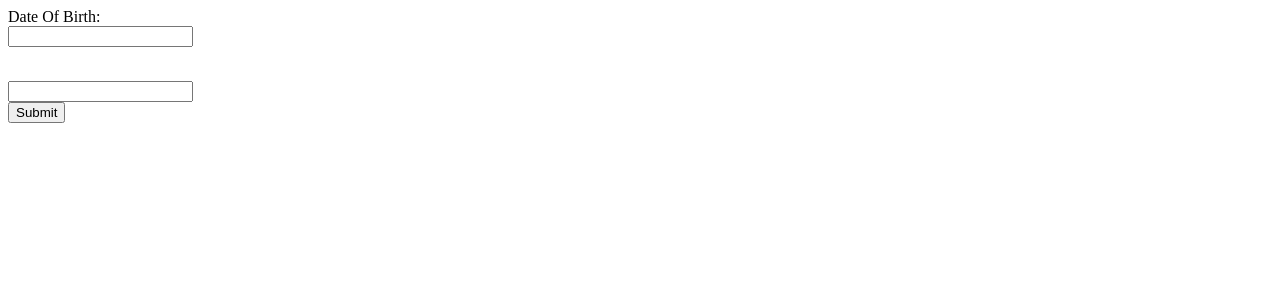
Repository: Badkul77/Nagarro_Web_App_Assignment
Page: http://localhost/our-web-app/
An editor plug-in stored every save of this project. The page is shown before and after the next save, followed by the edit.
The browser window is 1280 px wide. The pictures show the whole page.
The page is served by Tomcat 9. Other server files are loaded and not shown.

Above is the page before, as saved 2021-03-08 10:49:34.

### our-web-app/src/main/webapp/index.jsp
<html>
<body>
<form action="add">
<p>Date Of Birth:<br><input type= "number"  onfocus="this.value=''" value="dfwf dvfv" name="t1"></p><br>
<input type= "number" name="t2"><br>
<button type="submit">Submit</button>
</form>
</body>
</html>

After the next save:
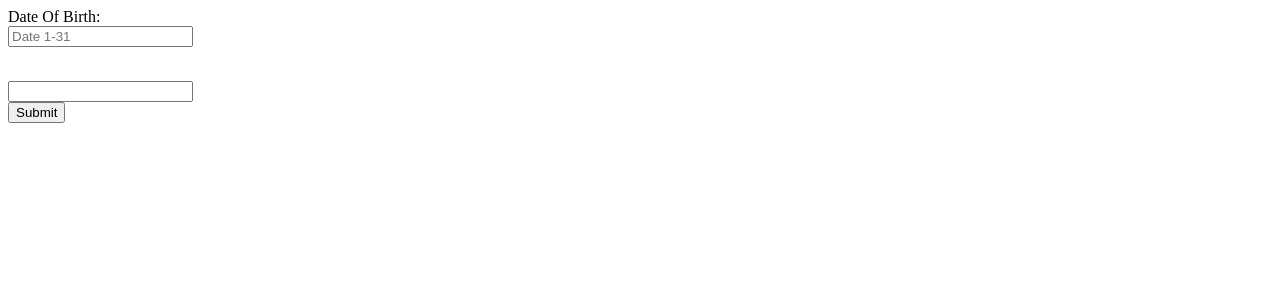
Saved 109 s later.
--- a/our-web-app/src/main/webapp/index.jsp
+++ b/our-web-app/src/main/webapp/index.jsp
@@ -1,7 +1,7 @@
 <html>
 <body>
 <form action="add">
-<p>Date Of Birth:<br><input type= "number"  onfocus="this.value=''" value="dfwf dvfv" name="t1"></p><br>
+<p>Date Of Birth:<br><input type= "number"  placeholder="Date 1-31" name="t1"></p><br>
 <input type= "number" name="t2"><br>
 <button type="submit">Submit</button>
 </form>
